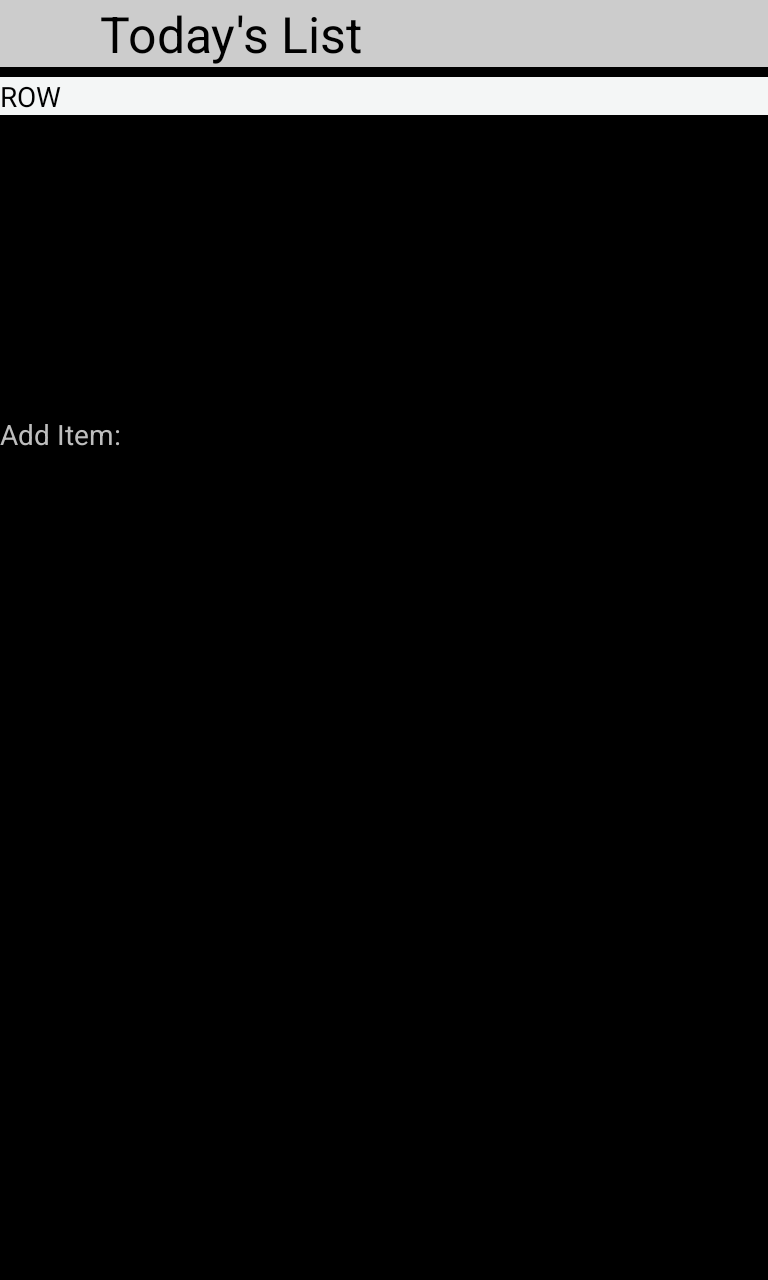
Repository: adatta02/comp194ma
Layout: hello_world/res/layout/main.xml
The author's editor kept a copy of each file at every save. The layout is drawn from the files as they stood at one save, then again after the next save.
It is drawn on a 768 x 1280 px phone screen (xhdpi) without system bars, with theme android:Theme; the app's code is not run.

Above is the layout before, as saved 2009-02-03 05:26:25.

### hello_world/res/layout/main.xml
<?xml version="1.0" encoding="utf-8"?>
<LinearLayout xmlns:android="http://schemas.android.com/apk/res/android"
    android:orientation="vertical"
    android:layout_width="fill_parent"
    android:layout_height="fill_parent"
    >

<TextView android:id="@+id/TextView01" android:layout_height="wrap_content" android:text="Today's List" android:textSize="25sp" android:background="#cccccc" android:textColor="#000000" android:paddingLeft="100px" android:layout_width="fill_parent"></TextView>

<TableLayout android:id="@+id/TableLayout01" android:layout_width="fill_parent" android:layout_height="fill_parent" android:layout_marginTop="10px"><TableRow android:id="@+id/TableRow01" android:layout_height="fill_parent" android:layout_width="fill_parent" android:background="#F4F6F6"><TextView android:id="@+id/TextView02" android:text="ROW" android:layout_height="fill_parent" android:layout_width="fill_parent" android:textColor="#000000"></TextView>
</TableRow><LinearLayout android:id="@+id/LinearLayout01" android:layout_width="wrap_content" android:layout_height="wrap_content" android:paddingTop="300px"><TextView android:id="@+id/TextView03" android:layout_width="wrap_content" android:layout_height="wrap_content" android:text="Add Item:"></TextView>
</LinearLayout>
</TableLayout>
</LinearLayout>

After the next save:
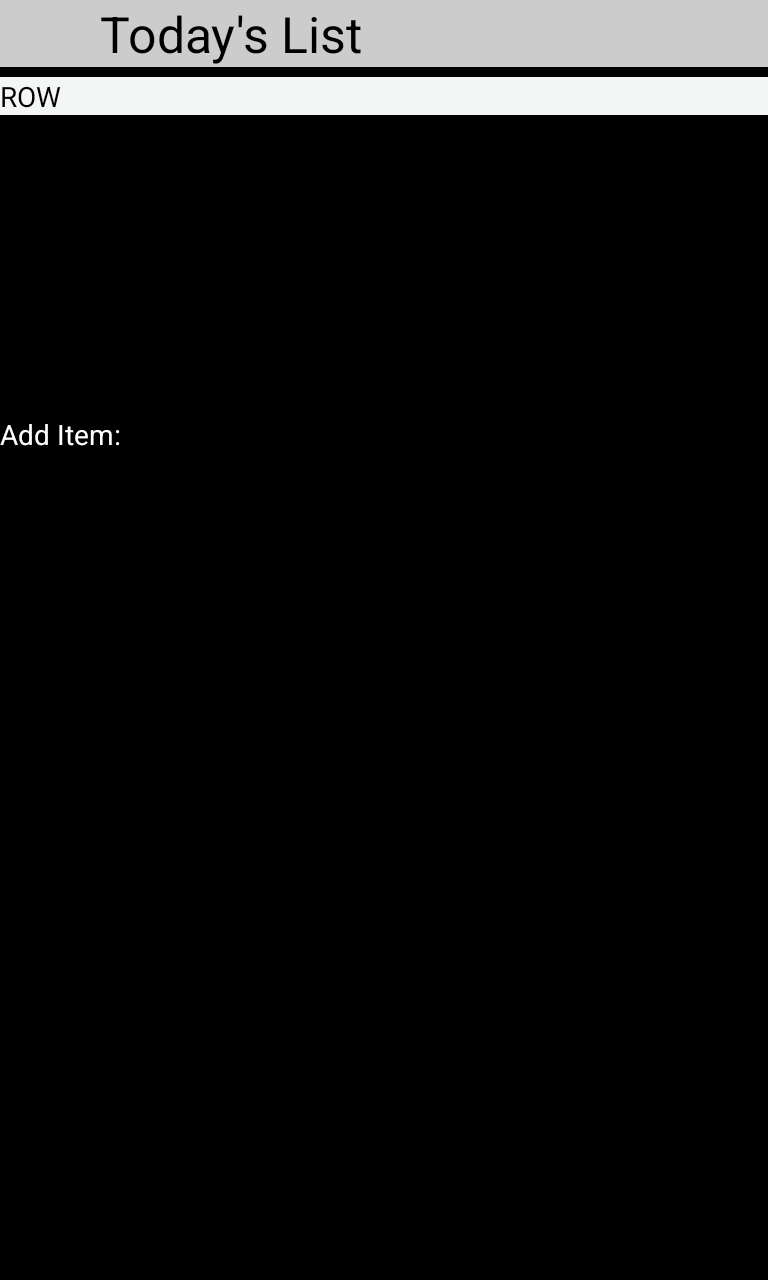
Saved 2 min 44 s later.
--- a/hello_world/res/layout/main.xml
+++ b/hello_world/res/layout/main.xml
@@ -8,7 +8,7 @@
 <TextView android:id="@+id/TextView01" android:layout_height="wrap_content" android:text="Today's List" android:textSize="25sp" android:background="#cccccc" android:textColor="#000000" android:paddingLeft="100px" android:layout_width="fill_parent"></TextView>
 
 <TableLayout android:id="@+id/TableLayout01" android:layout_width="fill_parent" android:layout_height="fill_parent" android:layout_marginTop="10px"><TableRow android:id="@+id/TableRow01" android:layout_height="fill_parent" android:layout_width="fill_parent" android:background="#F4F6F6"><TextView android:id="@+id/TextView02" android:text="ROW" android:layout_height="fill_parent" android:layout_width="fill_parent" android:textColor="#000000"></TextView>
-</TableRow><LinearLayout android:id="@+id/LinearLayout01" android:layout_width="wrap_content" android:layout_height="wrap_content" android:paddingTop="300px"><TextView android:id="@+id/TextView03" android:layout_width="wrap_content" android:layout_height="wrap_content" android:text="Add Item:"></TextView>
+</TableRow><LinearLayout android:id="@+id/LinearLayout01" android:layout_width="wrap_content" android:layout_height="wrap_content" android:paddingTop="300px"><TextView android:id="@+id/TextView03" android:layout_width="wrap_content" android:layout_height="wrap_content" android:text="Add Item:" android:textColor="#ffffff"></TextView>
 </LinearLayout>
 </TableLayout>
 </LinearLayout>
